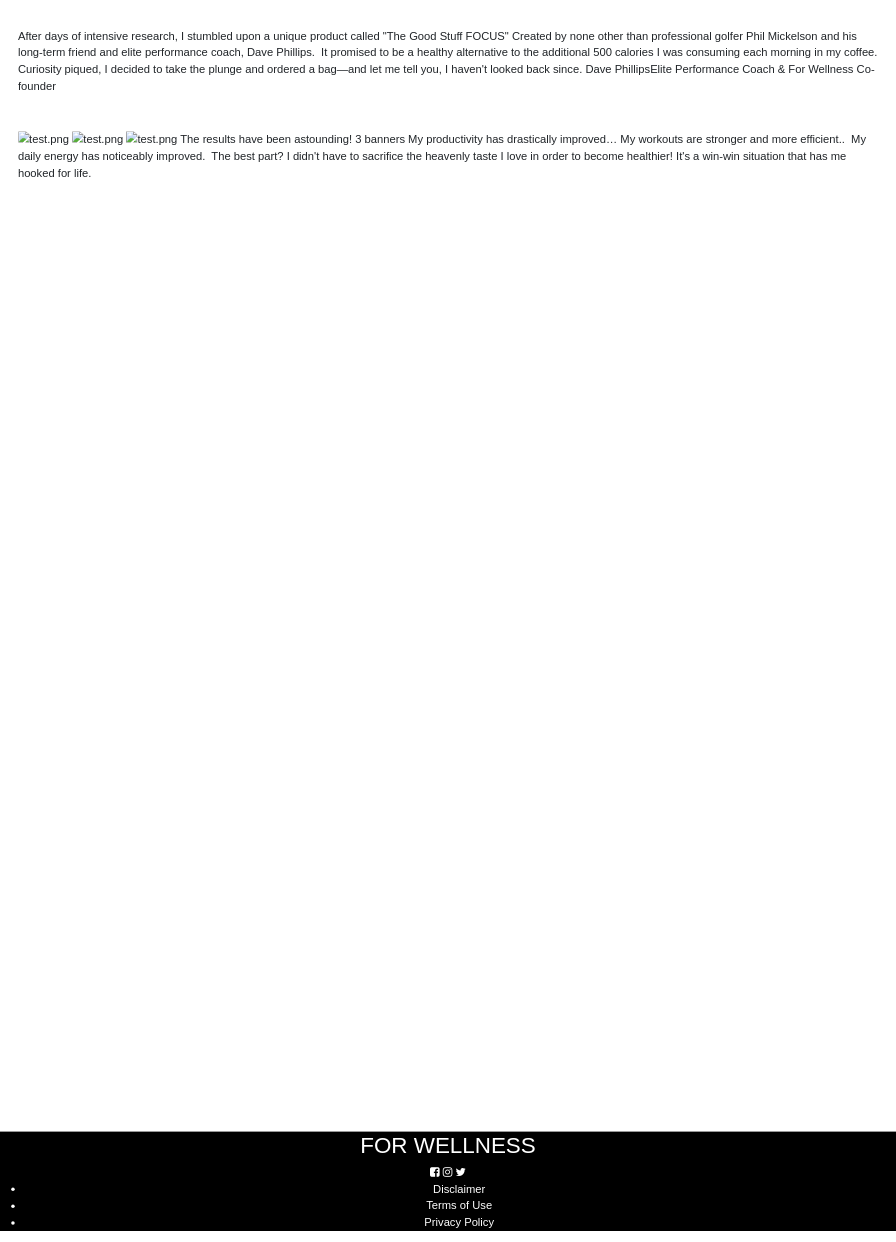
Repository: dariusprince90/wellness-landing
Page: index.html
The author's editor kept a copy of each file at every save. The page is drawn from the files as they stood at one save, then again after the next save.
The browser window is 1280 px wide. The pictures show the part of the page from y = 942 to 2862 px (the page is 2716 px tall before and 2862 px after), at 70% of full size.

Above is the page before, as saved 2023-07-25 15:49:18.

After the next save:
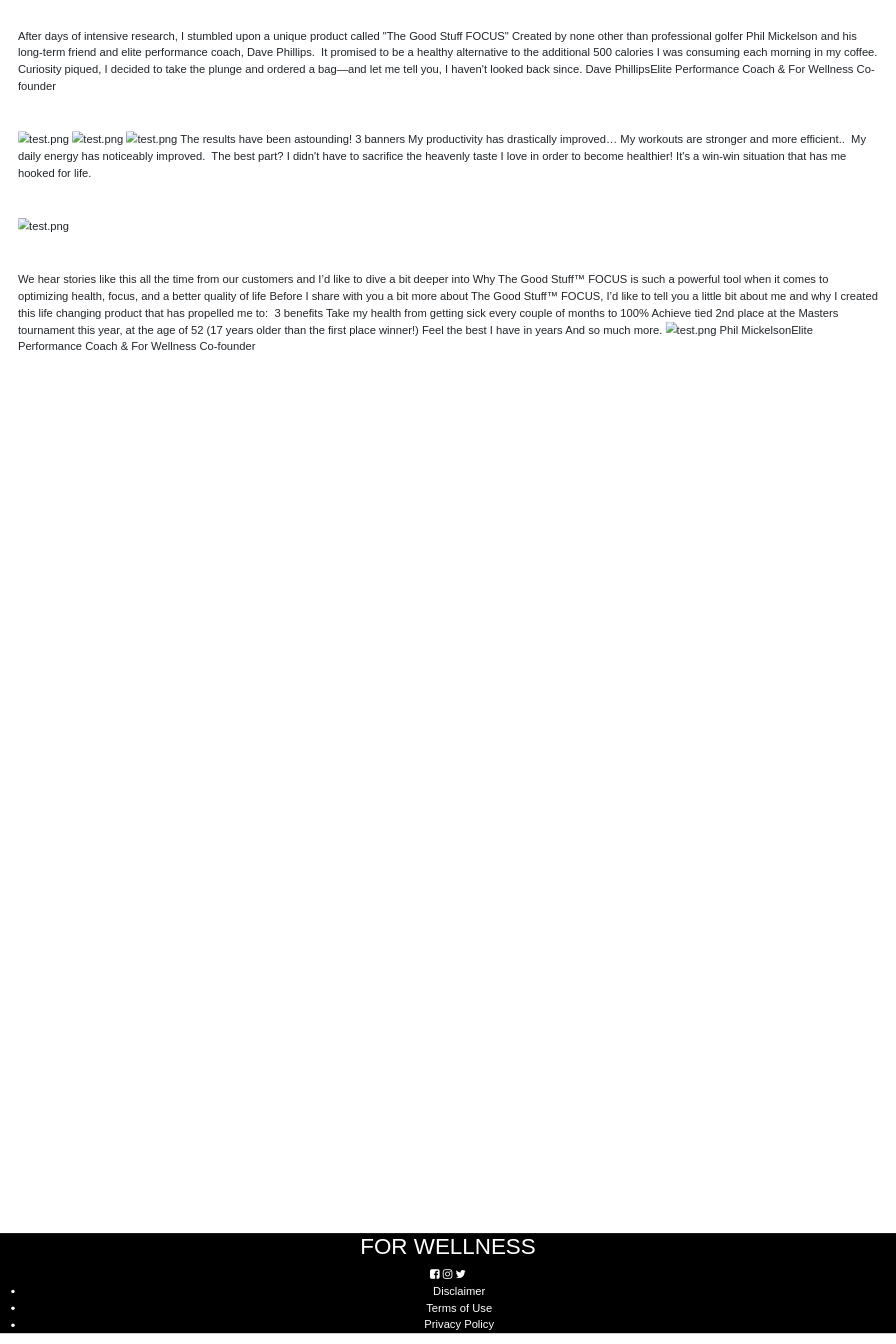
Saved 64 s later.
--- a/index.html
+++ b/index.html
@@ -189,8 +189,35 @@
 
     </section>
     <section class="s-009-text">
+        <img src=""/ alt="test.png">
     </section>
     <section class="s-010-text">
+        We hear stories like this all the time from our customers and
+I’d like to dive a bit deeper into
+
+
+Why The Good Stuff™ FOCUS is such a powerful
+tool when it comes to optimizing health, focus,
+and a better quality of life
+
+
+Before I share with you a bit more about
+The Good Stuff™ FOCUS, I’d like to tell you a little bit about me and why I created this life changing product that has propelled me to:
+
+3 benefits
+
+Take my health from getting sick every couple of months to 100%
+
+Achieve tied 2nd place at the Masters tournament this year, at the age of 52 (17 years older than the first place winner!)
+
+
+Feel the best I have in years
+
+And so much more.
+
+<img src=""/ alt="test.png">
+Phil MickelsonElite Performance Coach
+& For Wellness Co-founder
     </section>
     <section class="s-00#-text">
     </section>
